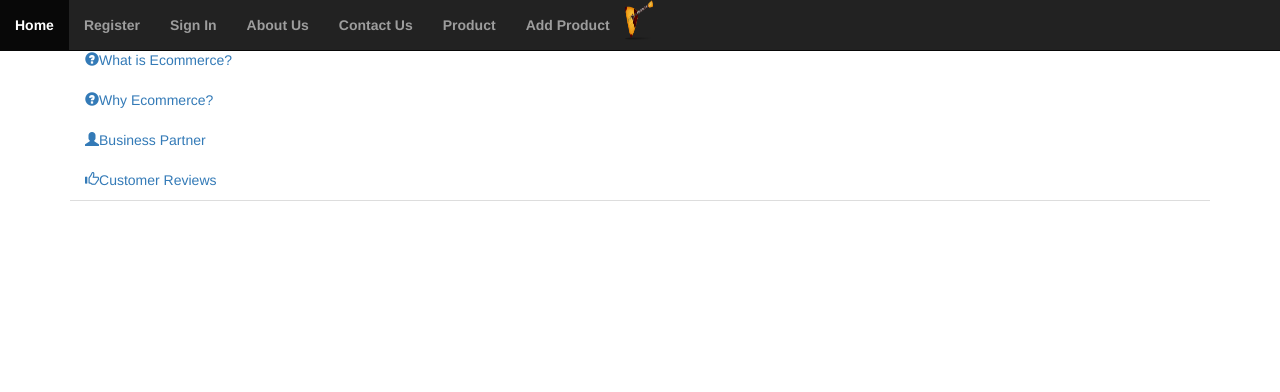
Repository: aradhana15/myFinalRepository
Page: http://localhost/music/WEB-INF/views/addproduct.jsp
The author's editor kept a copy of each file at every save. The page is drawn from the files as they stood at one save, then again after the next save.
The browser window is 1280 px wide. The pictures show the whole page.
The page is served by Tomcat 9. Nobody is signed in. Other server files are loaded and not shown. The template is opened directly, without the code that normally fills it, so the values that code supplies are empty.

Above is the page before, as saved 2016-04-23 16:49:09.
Console error (its wording comes from the project's code and is left out).

### wwf/music/src/main/webapp/WEB-INF/views/addproduct.jsp
<html>
<%@include file="header.jsp"%>
<head></head>
<body>



</body>
</html>

### wwf/music/src/main/webapp/WEB-INF/views/header.jsp

<meta name="viewport" content="width=device-width, initial-scale=1">
<link rel="stylesheet"
	href="http://maxcdn.bootstrapcdn.com/bootstrap/3.3.6/css/bootstrap.min.css">
<script
	src="http://maxcdn.bootstrapcdn.com/bootstrap/3.3.6/js/bootstrap.min.js"></script>
<%@taglib prefix="spr" uri="http://www.springframework.org/tags"%>
<%@taglib prefix="c" uri="http://java.sun.com/jsp/jstl/core"%>


<div class="container">
	<div class="navbar navbar-inverse navbar-fixed-top" role="navigation" style="background-color:rgb(); ;font-weight: bold;play-during: mix;color: white">


		<div class="nav navbar-nav">
			<li class="active"><a href="house">Home</a></li>
			<li><a href="register">Register</a></li>
			<!-- if u by deflt make anything acive -->
			<li><a href="sign">Sign In</a></li>
			<li><a href="aboutus">About Us</a></li>
			<li><a href="contactus">Contact Us</a></li>
			<li><a href="product">Product</a></li>
			<li><a href="addproduct">Add Product</a></li>
			 <li><img src="<c:url value='/resources/images/guitar.jpg' />"height="40px" width="30px"></li>


		</div>
	</div>
	<!-- <div class="nav navbar-nav"> -->
	<br>
	<br>
	<div class="nav nav-tabs">
		<button type="button" class="navbar-toggle" data-toggle="collapse"
			data-target=".navbar-collapse">
			<span class="sr-only">Toggle navigation</span> <span class="icon-bar"></span>
			<span class="icon-bar"></span> <span class="icon-bar"></span>
		</button>
		<ul class="nav">
			<li class="active"><a href="whatecomm"> <i
					class="glyphicon glyphicon-question-sign"></i>What is Ecommerce?</a>
			<li><a href="yecomm"> <i
					class="glyphicon glyphicon-question-sign"></i>Why Ecommerce?</a></li>
			<li><a href="businessparter"> <i
					class="glyphicon glyphicon-user"></i>Business Partner</a></li>
			<li><a href="custreview"> <i
					class="glyphicon glyphicon-thumbs-up"></i>Customer Reviews</a></li>
		</ul>
	</div>
</div>

After the next save:
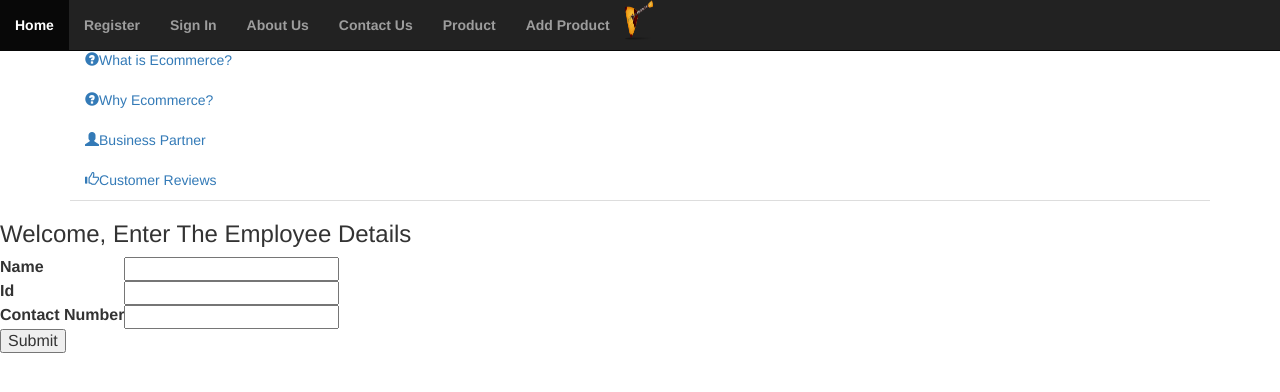
Saved 14 min 8 s later.
--- a/wwf/music/src/main/webapp/WEB-INF/views/addproduct.jsp
+++ b/wwf/music/src/main/webapp/WEB-INF/views/addproduct.jsp
@@ -2,7 +2,33 @@
 <%@include file="header.jsp"%>
 <head></head>
 <body>
-
+	<%@ taglib prefix="form" uri="http://www.springframework.org/tags/form"%>
+<html>
+    <head>
+    </head>
+    <body>
+        <h3>Welcome, Enter The Employee Details</h3>
+        <form:form method="POST" action="/packs.musiccontroller" modelAttribute="product">
+             <table>
+                <tr>
+                    <td><form:label path="name">Name</form:label></td>
+                    <td><form:input path="name"/></td>
+                </tr>
+                <tr>
+                    <td><form:label path="id">Id</form:label></td>
+                    <td><form:input path="id"/></td>
+                </tr>
+                <tr>
+                    <td><form:label path="contactNumber">Contact Number</form:label></td>
+                    <td><form:input path="contactNumber"/></td>
+                </tr>
+                <tr>
+                    <td><input type="submit" value="Submit"/></td>
+                </tr>
+            </table>
+        </form:form>
+    </body>
+</html>
 
 
 </body>
